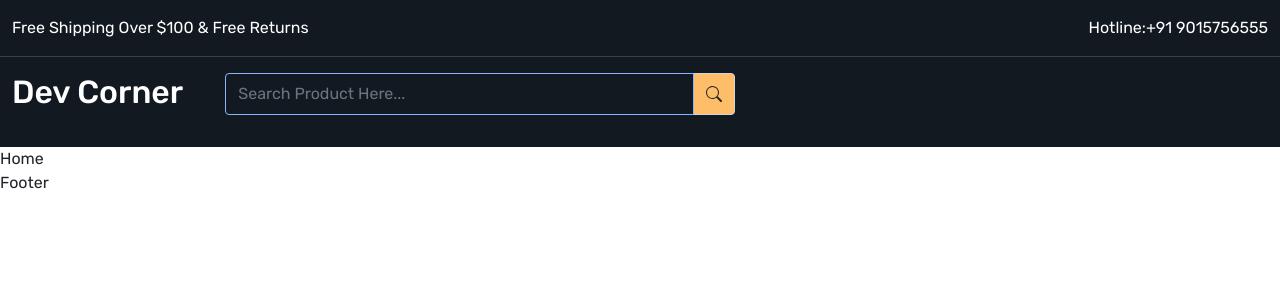
Repository: anamikatomar21/demo
Page: /
The author's editor kept a copy of each file at every save. The page is drawn from the files as they stood at one save, then again after a run of saves.
The browser window is 1280 px wide. The pictures show the whole page.
The first visible `.form-control` has the focus.
The project was rebuilt for these pictures with package versions that can differ from the ones it lists, and the page was loaded fresh each time. Also part of the build but not shown: src/pages/About.js, src/pages/Contact.js.

Above is the page before, as saved 2023-05-13 14:22:52.

After the next 2 saves:
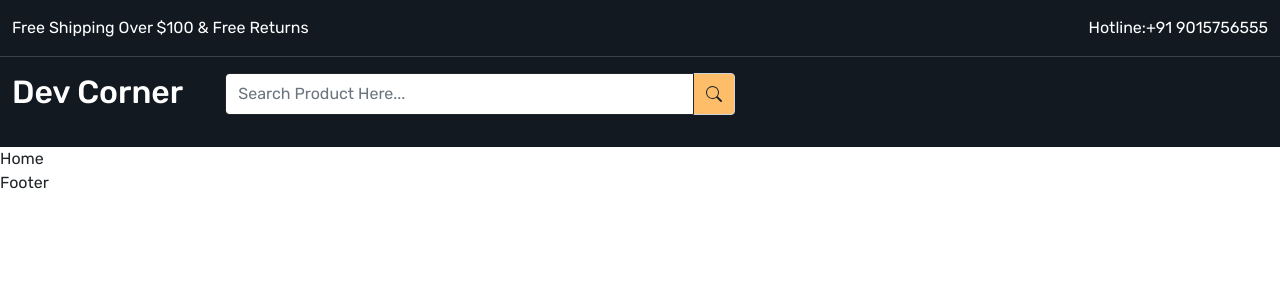
The 2 saves are shown as one change because they came seconds apart.
The last was saved 7 s later.
--- a/src/App.css
+++ b/src/App.css
@@ -18,7 +18,7 @@
   display: inline-block;
 }
 .form-control:focus {
-  background-color: inherit;
+  border-color: inherit;
   box-shadow: none;
 }
 /* Header Part */
